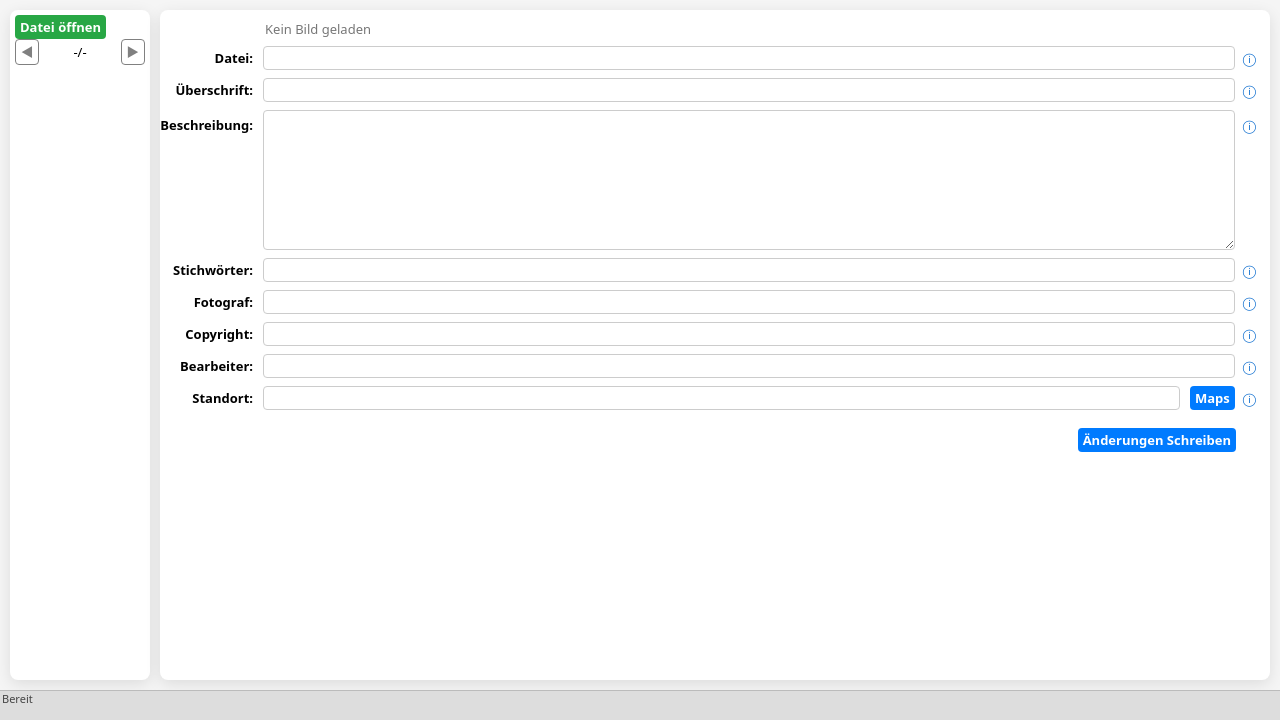
Repository: h-fahle/metadata
Page: ui/index.html
The author's editor kept a copy of each file at every save. The page is drawn from the files as they stood at one save, then again after the next save.
The browser window is 1280 px wide. The pictures show the whole page.

Above is the page before, as saved 2026-08-22 15:27:33.
Console error: TypeError: Cannot read properties of undefined (reading 'core')

### ui/index.html
<!DOCTYPE html>
<html lang="de">

<head>
	<meta charset="UTF-8">
	<title>Tauri ExifTool Test</title>
	<script src="script.js" defer></script>
	<link rel="stylesheet" href="style.css">
</head>

<body>

	<main id="main-container">

		<!-- Das Vorschaubild links -->
		<aside id="sidebar">

			<button id="file-open" onclick="waehleUndLadeBilder()">Datei öffnen</button>

			<div id="nav">
				<button class="blaettern" onclick="blaettern(-1)">◄</button>
				<span id="img-nummer">-/-</span>
				<button class="blaettern" onclick="blaettern(1)">►</button>
			</div>

			<!--<select id="menue-oeffnen" onchange="menueAktion(this)" >
				<option value="dateien">🖼️ Bilder öffnen...</option>
				<option value="ordner">📁 Ordner öffnen...</option>
			</select>
 -->
			<img id="vorschau-bild" src="" style="display:none;" />
			<div id="bild-info" style="text-align:center;">
				<span id="img-datum"></span><br>
				<span id="img-groesse"></span>
			</div>
		</aside>

		<!-- Das Formular rechts -->
		<section id="form-container">

			<div id="ordner-pfad">Kein Bild geladen</div>

			<div class="form-row">
				<label for="filename">Datei:</label>
				<input type="text" id="filename" name="filename" style="font-weight:bold;"/>
				<div class="tooltip-container">
					<span class="info-icon">ⓘ</span>
					<div class="tooltip-box">Im Einzelmodus: Änderung des Dateinamens bewirkt Umbenennung der Datei.
						Im Stapelmodus: Ordnername is nicht änderbar.!
					</div>
				</div>
			</div>

			<div class="form-row">
				<label for="caption">Überschrift:</label>
				<input type="text" id="caption" name="caption" />
				<div class="tooltip-container">
					<span class="info-icon">ⓘ</span>
					<div class="tooltip-box">Auch: (Dokument-)Titel, Schlagzeile, Headline
					</div>
				</div>
			</div>

			<div class="form-row form-row-top">
				<label for="description">Beschreibung:</label>
				<textarea id="description" name="description"></textarea>
				<div class="tooltip-container">
					<span class="info-icon">ⓘ</span>
					<div class="tooltip-box">Beschreibender Text in beliebiger Länge.
						(Im Stapelmodus wird der eingegebene Text
						&nbsp;&nbsp; an vorhandenen angehängt.)
						Hinweis: Einige Programme zeigen nur 2.000 Zeichen
						&nbsp;&nbsp; oder auch weniger an.
					</div>
				</div>
			</div>

			<div class="form-row">
				<label for="keywords">Stichwörter:</label>
				<input type="text" id="keywords" name="keywords" />
				<div class="tooltip-container">
					<span class="info-icon">ⓘ</span>
					<div class="tooltip-box">Komma-separierte Liste. Groß-/Kleinschreibung beachten.
						Im Stapelmodus werden die eingegebenen Stichwörter
						&nbsp;&nbsp; an vorhandene angehängt.
					</div>
				</div>
			</div>

			<div class="form-row">
				<label for="creator">Fotograf:</label>
				<input type="text" id="creator" name="creator" />
				<div class="tooltip-container">
					<span class="info-icon">ⓘ</span>
					<div class="tooltip-box">Urheber, Ersteller, Autor
						(Tags: Artitst, Creator, By-line)
					</div>
				</div>
			</div>

			<div class="form-row">
				<label for="copyright">Copyright:</label>
				<input type="text" id="copyright" name="copyright" />
				<div class="tooltip-container">
					<span class="info-icon">ⓘ</span>
					<div class="tooltip-box">Urheberrechtshinweis; enthält in der Regel:
						Name des Fotografen, Aufnahmejahr und Nutzungsrechte;
						(z.B. 'Copyright [1975] [Mustermann], Alle Rechte vorbehalten')
					</div>
				</div>
			</div>

			<div class="form-row">
				<label for="editor">Bearbeiter:</label>
				<input type="text" id="editor" name="editor" />
				<div class="tooltip-container">
					<span class="info-icon">ⓘ</span>
					<div class="tooltip-box">Verfasser der Metadaten
						(Tags: Caption Writer, Writer Editor)
					</div>
				</div>
			</div>

			<div class="form-row">
				<label for="position">Standort:</label>
				<input type="text" id="position" name="position" />
				<button type="button" onclick="zeigeMaps(event)" style="background: #007BFF;">Maps</button>
				<div class="tooltip-container">
					<span class="info-icon">ⓘ</span>
					<div class="tooltip-box">GPS-Koordinaten in Dezimalgrad (51.49129, 8.43317).
						Ermitteln der Koordinaten in der Google Maps-Karte:
						&nbsp; 1. mit rechter Maustaste auf den Standort klicken,
						&nbsp; 2. auf die angezeigten Koordinaten klicken,
						&nbsp; 3. der so gespeicherte Wert kann dann mit Strg+V
						&nbsp;&nbsp;&nbsp;&nbsp;&nbsp;&nbsp; kopiert werden."
					</div>
				</div>
			</div>

			<!-- Button-Leiste -->
			<div class="button-group">
				<button type="button" onclick="exifSchreiben(event)" style="background: #007BFF;">Änderungen
					Schreiben</button>
			</div>

		</section> <!-- Ende der form-containers-->
	</main> <!-- Ende des main-containers -->

	<footer id="statusleiste">
		<div id="status-text">
			Bereit
		</div>
	</footer>


</body>

</html>

### ui/script.js
let aktuellerBildPfad = "";
let bilderListe = [];
let aktuellerIndex = -1;
let status = document.getElementById('statusleiste');
let stapelmodus = 0;

const invoke = window.__TAURI__.core.invoke;

function zeigeStatus(nachricht) {
    status.innerText = nachricht;
}

async function dateiAuswählen() {
    try {
        const ergebnis = await invoke('plugin:dialog|open', {
            options: {
                title: 'Bilddatei für ExifTool auswählen',
                directory: false,
                multiple: false,
                filters: [
                    { name: 'Bilder', extensions: ['jpg', 'jpeg', 'png', 'gif', 'tif', 'tiff', 'webp', 'avif', 'heic', 'heif'] }
                ]
            }
        });

        if (ergebnis) {
            const pfad = typeof ergebnis === 'object' ? ergebnis[0] : ergebnis;
            aktuellerBildPfad = pfad;

            // Bilderliste des Ordners auslesen
            await ladeOrdnerBilder(pfad);

            // Metadaten für das aktuelle Bild einlesen
            exifAuslesen();
        }
    } catch (fehler) {
        zeigeStatus("Dialog-Fehler: " + fehler);
    }
}

 async function ladeOrdnerBilder(pfad) {
    try {
        bilderListe = await invoke('hole_ordner_bilder', { dateipfad: pfad });
        // Finde den Index des gewünschten Bildes in der sortierten Liste
        if (aktuellerBildPfad) {
            aktuellerIndex = bilderListe.indexOf(aktuellerBildPfad);
        } else if (bilderListe.length > 0) {
            aktuellerIndex = 0; // Fallback: Erstes Bild anzeigen
        }
    } catch (fehler) {
        zeigeStatus(fehler);
    }
}

async function waehleUndLadeBilder(isFolder = false, selectMultiple = false) {
    try {
        // 1. Der EINE Dialog öffnet sich.
        // Dank 'multiple: true' kann der Nutzer EIN Bild ODER VIELE Bilder markieren.
        const auswahl = await window.__TAURI__.dialog.open({
            directory: isFolder,
            multiple: selectMultiple,
            filters: [
                { name: 'Bilder', extensions: ['jpg', 'jpeg', 'png', 'gif', 'tif', 'tiff', 'webp', 'avif', 'heic', 'heif'] }
            ]
        });


        // 1. Nutzer hat den Dialog geschlossen/abgebrochen
        if (auswahl === null) {
            return [];
        }

/*         isFolder = false, selectMultiple = false
        // 2. Einzelnes Bild
        stapelmodus = 0;    // ein Bild

        isFolder = false, selectMultiple = true
        // mglw. mehrere Dateien
        if (auswahl.length === 1) stapelmodus = 0;

        isFolder = true, selectMultiple = false
        // Ordner

        if (isFolder)
 */

        // 2. Prüfen, ob der Nutzer nicht auf "Abbrechen" geklickt hat
        if (auswahl.length === 1) {
            // Tauri gibt uns IMMER ein Array zurück, egal ob 1 oder 10 Dateien gewählt wurden.
            // Wir merken uns die erste Datei aus der Auswahl als Startbild.
            stapelmodus = 0;    // ein Bild
            const startBild = auswahl[0];

            // 3. Wir schicken das Array direkt an Rust
            bilderListe = await invoke('hole_ordner_bilder', { dateipfad: startBild });

            // 4. Wir finden den Index des Startbildes in der sortierten Liste
            aktuellerIndex = bilderListe.indexOf(startBild);

            aktuellerBildPfad = startBild;
            exifAuslesen();

        } else if (auswahl.length > 1) {
            stapelmodus = 1;    // mehrere ausgewählte Bilder
            bilderListe = auswahl;
            zeigeStatus(`${bilderListe.length} Bilder erfolgreich geladen.`);
        }
    } catch (fehler) {
        zeigeStatus("Fehler beim Laden der Bilder: " + fehler);
    }
}

async function oeffneBilderDialog() {
    try {
        const ausgewaehltePfade = await window.__TAURI__.dialog.open({
            multiple: true, // Erlaubt dem Nutzer, mehrere Dateien zu markieren
            directory: false,
            filters: [{ name: 'Bilder', extensions: ['jpg', 'jpeg', 'png', 'webp'] }]
        });

        // Wenn der Nutzer nicht abgebrochen hat
        if (ausgewaehltePfade && ausgewaehltePfade.length > 0) {
            // Wir nehmen das erste Bild aus der Auswahl als Startbild
            const erstesBild = ausgewaehltePfade[0];

            // Aufruf Ihrer angepassten Funktion
            await ladeOrdnerBilder(ausgewaehltePfade, erstesBild);
        }
    } catch (fehler) {
        zeigeStatus("Dialog-Fehler: " + fehler);
    }
}

function blaettern(richtung) {
    if (bilderListe.length === 0) return;
    if (richtung > 0) {
        aktuellerIndex = (aktuellerIndex + 1) % bilderListe.length;
    } else {
        aktuellerIndex = (aktuellerIndex - 1 + bilderListe.length) % bilderListe.length;
    }
    aktuellerBildPfad = bilderListe[aktuellerIndex];
    exifAuslesen();
}

async function exifAuslesen() {
    const pfad = aktuellerBildPfad;
    const vorschauImg = document.getElementById("vorschau-bild");

    zeigeStatus("Rufe ExifTool auf...");

    try {
        // 1. Metadaten über Rust holen
        const jsonText = await invoke('lese_bild_metdaten', { dateipfad: pfad });
        const datenObjekt = JSON.parse(jsonText)[0]; 	// Das 1. JSON-Objekt im JSON-Array in JS-Objekt umwandeln

        if (bilderListe.length > 0) {
            document.getElementById('img-nummer').innerText = `${aktuellerIndex + 1}/${bilderListe.length}`;
        } else {
            document.getElementById('img-nummer').innerText = '0/0';
        }

        let aufnahmeDatum = datenObjekt.DateTimeOriginal;
        if (typeof aufnahmeDatum === 'undefined') aufnahmeDatum = '---';

        document.getElementById('img-datum').innerText = '\u{1F4F7} ' + aufnahmeDatum || '';
        document.getElementById('img-groesse').innerText = '⤢ ' + datenObjekt.ImageSize || '';

        document.getElementById('filename').value = datenObjekt.FileName || '';
        document.getElementById('caption').value = datenObjekt.CMB_Caption || '';
        document.getElementById('description').value = datenObjekt.Description || '';
        document.getElementById('keywords').value = datenObjekt.Keywords || '';
        document.getElementById('creator').value = datenObjekt.Creator || '';
        document.getElementById('copyright').value = datenObjekt.Copyright || '';
        document.getElementById('editor').value = datenObjekt.CMB_Editor || '';
        document.getElementById('position').value = datenObjekt.GPSPosition || '';

        const vollerPfad = pfad;
        // Erkennt automatisch Linux-Schrägstriche (/) und Windows-Backslashes (\)
        const letzterSlash = Math.max(vollerPfad.lastIndexOf('/'), vollerPfad.lastIndexOf('\\'));
        let ordner = "Unbekannt";
        if (letzterSlash !== -1) {
            ordner = vollerPfad.substring(0, letzterSlash);
        }
        // Den berechneten Ordnerpfad in das neue Label schreiben
        document.getElementById('ordner-pfad').innerText = ordner;

        // Wir nehmen das erste Element der Liste (ExifTool liefert immer ein Array)
        zeigeStatus(jsonText);

        // Wir fragen Rust nach dem besten Weg für das Bild
        const vorschauErgebnis = await invoke('hole_vorschaubild', { dateipfad: pfad });

        if (vorschauErgebnis === "STANDARD") {
            // Normales JPG/PNG über das Asset-Protokoll
            const assetUrl = window.__TAURI__.core.convertFileSrc(pfad);
            vorschauImg.src = assetUrl + "?t=" + new Date().getTime();
        } else if (vorschauErgebnis.startsWith("data:[embedded picture, 23 characters]")) {
            // TIF/TIFF über den im RAM kompilierten Rust-Wandler
            vorschauImg.src = vorschauErgebnis;
        }

        vorschauImg.style.display = "block";

    } catch (fehler) {
        zeigeStatus("Fehler: " + fehler);
        vorschauImg.style.display = "none";
    }
}

async function zeigeMaps(event) {
    event.preventDefault()
    let gps = document.getElementById('position').value;

    try {
        // Ruft direkt unsere eigene, sichere Rust-Funktion auf
        await invoke('oeffne_maps_browser', {
            gpsString: gps
        });
    } catch (fehler) {
        zeigeStatus(fehler);
    }
}

async function exifSchreiben(ereignis) {
    if (ereignis) ereignis.preventDefault();  // verbietet dem Browser den automatischen Seiten-Reset!

    if (aktuellerBildPfad === "") return;

    zeigeStatus("Speichere Daten über ExifTool...");

    // Wir sammeln alle aktuellen Werte aus den Eingabefeldern ein
    const daten = {
        dateipfad: aktuellerBildPfad,
        filename: document.getElementById('filename').value,
        caption: document.getElementById('caption').value,
        description: document.getElementById('description').value,
        keywords: document.getElementById('keywords').value.split(',').map(s => s.trim()).join(', '),
        creator: document.getElementById('creator').value,
        copyright: document.getElementById('copyright').value,
        editor: document.getElementById('editor').value,
        gps: document.getElementById('position').value
    };

    try {
        // Wir schicken das gesamte Paket an die Rust-Funktion 'schreibe_bild_metdaten'
        const antwort = await invoke('schreibe_bild_metdaten', daten);

        // Bei Erfolg zeigen wir die Meldung in grüner Schrift an
        zeigeStatus(antwort);

        // 2. Da der Pfad dank preventDefault() jetzt bombenfest im Feld stehen bleibt,
        // funktioniert das Neuladen nun augenblicklich und fehlerfrei!
        await exifAuslesen();

    } catch (fehler) {
        // Falls etwas schiefgeht (z.B. Datei schreibgeschützt), zeigen wir den Fehler an
        zeigeStatus(fehler);
    }
}

### ui/style.css
:root {
	--app-font: system-ui, -apple-system, "Segoe UI", Roboto, Helvetica, Arial, sans-serif;
	--app-font-size: 13px;
}

/* 1. Das App-Fenster exakt auf 100% fixieren (kein äußeres Scrollen) */
html, body {
	margin: 0;
	padding: 0;
	height: 100vh;
	width: 100vw;
	overflow: hidden; /* Verhindert jegliche äußere Scrollbalken */
	background: #f5f5f5;
	display: flex;
	flex-direction: column; /* Hauptinhalt oben, Statusleiste unten */
	font-family: var(--app-font);
	font-size: var(--app-font-size);
}

input,
textarea,
button,
select {
	font-family: var(--app-font) !important;
	font-size: var(--app-font-size) !important;
}

/* Allumfassender Box-Sizing-Fix für die gesamte App */
*, *::before, *::after {
	box-sizing: border-box;
}

/* 2. Der Hauptbereich füllt den gesamten oberen Platz aus --------------------------- */
#main-container {
	flex: 1;
	display: flex;
	flex-direction: row; /* Elemente nebeneinander */
	gap: 10px;
	padding: 10px;
	overflow: hidden; /* Verhindert, dass Riesen-Inhalte das Fenster sprengen */
}

/* 3. LINKS: Die Sidebar mit fester Breite */
#sidebar {
	width: 140px;
	min-width: 140px; /* Lässt die Sidebar niemals schrumpfen */
	background-color: #ffffff;
	border-radius: 8px;
	padding: 5px;
	box-shadow: 0 4px 15px rgba(0, 0, 0, 0.1);
}

div#nav {
	width: 130px;
	display: flex;
	justify-content: space-between;
	align-items: center;
	margin-bottom: 10px;
}

#vorschau-bild {
	width: 130px;
	height: auto;
	border: 1px outset gray;
}

/* 4. RECHTS: Das Formular nimmt den gesamten Rest ein und wächst mit */
#form-container {
	flex: 1; /* Nimmt 100% des restlichen Platzes ein */
	min-width: 0; /* Erlaubt Flexbox, die Box bei Bedarf zu verkleinern */
	background-color: #ffffff;
	border-radius: 8px;
	padding: 10px;
	display: flex;
	flex-direction: column;
	gap: 8px;
	box-shadow: 0 4px 15px rgba(0, 0, 0, 0.1);
}

#ordner-pfad {
	margin-left: 95px !important;
	color: #777777;
}

/* Jede Zeile wird zu einer horizontalen Flexbox */
.form-row {
	display: flex !important;
	flex-direction: row;
	align-items: center; /* Richtet Label und Input vertikal mittig zueinander aus */
	gap: 10px;           /* Abstand zwischen Label und Input */
	width: 100%;
}

/* Die Labels bekommen eine feste Breite, damit alle Inputs sauber untereinander starten */
.form-row label {
	width: 95px;         /* Breite je nach längstem Label-Text anpassen */
	min-width: 95px;     /* Verhindert, dass das Label zusammengedrückt wird */
	text-align: right;   /* Optional: Richtet den Text rechtsbündig zum Input aus */
	font-weight: bold;
	margin-left: -12px;
}

/* Die Eingabefelder füllen jetzt den gesamten restlichen Platz der Zeile aus */
.form-row input,
.form-row textarea {
	flex: 1;             /* Zwingt das Input-Feld, den Rest der Zeile einzunehmen */
	width: 100%;
	min-width: 0;        /* Erlaubt dem Input, bei sehr kleinen Fenstern stabil zu schrumpfen */
	border: 1px solid #ccc;
	border-radius: 4px;
	padding: 2px;
	-webkit-font-smoothing: antialiased;
}
.form-row textarea {
	min-height: 140px;
}

/* Ändert die Ausrichtung für die Textarea-Zeile nach oben */
.form-row-top {
	align-items: flex-start !important; /* Richtet Label, Textarea und Icon oben aus */
}
.form-row-top label,
.form-row-top .tooltip-container {
	padding-top: 6px; /* Verhindert, dass das Label zu weit oben klebt */
}


/* 5. UNTEN: Die Statusleiste mit fixer Höhe und eigenem Scrollbalken */
#statusleiste {
	height: 30px;  /* Feste Höhe für ca. 2 Zeilen Text */
	min-height: 30px;
	border-top: 1px solid #bbb;
	background-color: #ddd;
	font-size: 11px;
	color: #444;
	padding: 0 2px;
	overflow-y: auto;  /* Vertikaler Scrollbalken erscheint NUR bei Bedarf */
	overflow-x: hidden;  /* Verhindert horizontales Scrollen in der Statusleiste */
	-webkit-font-smoothing: antialiased;
}


/* Bedien-Elemente -------------------------------------------- */
button {
	padding: 3px 5px;
	font-weight: bold;
	cursor: pointer;
	background: #28a745;
	color: white;
	border: none;
	border-radius: 4px;
}

/* Container hält die Buttons und das Dropdown zusammen */
.split-button-container {
	display: inline-flex;
	position: relative;
	font-family: system-ui, -apple-system, sans-serif;
	width:130px; height: 25px;
	margin-bottom: 3px;
}
.open-files,
.open-folder {
	background-color: #007acc;
	color: white;
	border: none;
	padding: 0;
	font-size: 18px;
	cursor: pointer;
	transition: background-color 0.2s;
}
.open-files:hover,
.open-folder:hover {
	background-color: #0062a3;
}
.open-files {
	width: 70%;
	border-top-left-radius: 6px;
	border-bottom-left-radius: 6px;
	border-right: 1px solid rgba(255, 255, 255, 0.2); /* Feine Trennlinie */
}
.open-folder {
	width: 30%;
	font-weight: bold;
	border-top-right-radius: 6px;
	border-bottom-right-radius: 6px;
}


button.blaettern {
	border: 1px solid gray;
	color: gray;
	background-color: white;
}

/* Der Absendeknopf richtet sich nach den Eingabefeldern aus */
.button-group {
	display: flex;
	justify-content: flex-end;
	margin: 10px 24px 0 0;
}

.button-group button {
	margin-left: 5px;
}

select {
	-moz-appearance: none;
	-webkit-appearance: none;
	appearance: none;
	border: none;
	border-radius: 4px;
	background: #28a745;
	color: white;
	width: 120px;
}


/* Tooltip ---------------------------------------------------------- */

/* Container für das Icon und die Box */
.tooltip-container {
	position: relative; /* Wichtig, damit sich die Box am Icon ausrichtet */
	display: inline-flex;
	align-items: center;
	cursor: help;       /* Zeigt das Fragezeichen/Hilfe-Symbol als Mauszeiger */
	margin-left: -6px;
}

/* Das Info-Icon selbst */
.info-icon {
	color: #0066cc;     /* Schönes Info-Blau */
	padding: 0 4px;
	font-size: 13px;
}

/* Die selbstdefinierte Tooltip-Box (Standardmäßig versteckt) */
.tooltip-box {
	position: absolute;
	bottom: 125%;       /* Platziert die Box direkt ÜBER dem Icon */
	right: 0;           /* Richtet die Box am rechten Rand des Icons aus */

	width: max-content;
	max-width: 400px;      /* Verhindert, dass der Tooltip bei sehr viel Text das Fenster sprengt */
	white-space: pre-line;

	background-color: lightyellow;
	color: black;
	border: 1px solid gray;
	padding: 2px 4px;
	border-radius: 6px;
	font-size: 11px;
	line-height: 1.4;
	box-shadow: 0 4px 10px rgba(0, 0, 0, 0.2);
	z-index: 1001;      /* Über der Statusleiste (1000), falls sie sich überschneiden */

	/* Animation & Verstecken */
	opacity: 0;
	visibility: hidden;
	transition: opacity 0.2s ease-in-out, visibility 0.2s;
	pointer-events: none; /* Verhindert, dass die Box beim unabsichtlichen Drüberfahren flackert */
}

/* Der kleine Pfeil unten an der Tooltip-Box (Optional) */
.tooltip-box::after {
	content: "";
	position: absolute;
	top: 100%;          /* Am unteren Rand der Box */
	right: 8px;         /* Ausrichtung passend zum Icon */
	border-width: 5px;
	border-style: solid;
	border-color: #333333 transparent transparent transparent;
}

/* HOVER-EFFEKT: Wenn man über das Icon ODER den Container fährt, wird die Box sichtbar */
.tooltip-container:hover .tooltip-box {
	opacity: 1;
	visibility: visible;
}

After the next save:
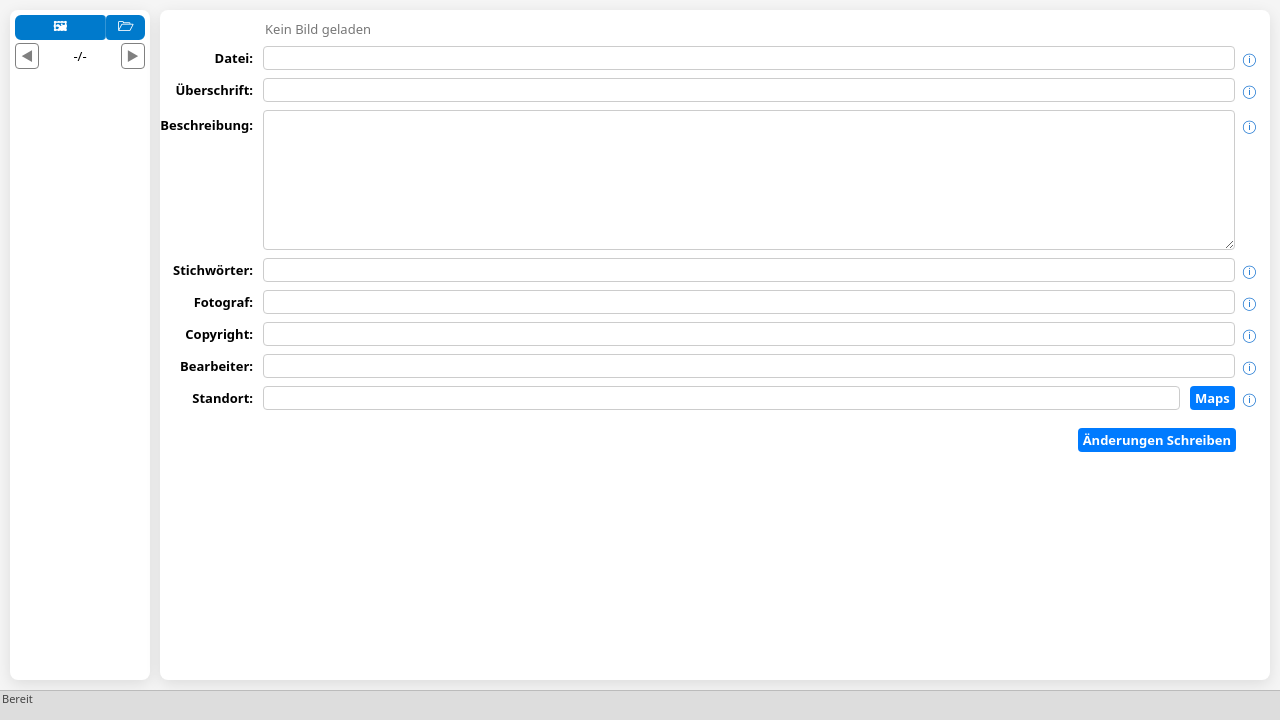
Saved 55 s later.
--- a/ui/index.html
+++ b/ui/index.html
@@ -15,7 +15,13 @@
 		<!-- Das Vorschaubild links -->
 		<aside id="sidebar">
 
-			<button id="file-open" onclick="waehleUndLadeBilder()">Datei öffnen</button>
+			<!-- <button id="file-open" onclick="waehleUndLadeBilder()">Datei öffnen</button> -->
+			<div class="split-button-container">
+				<!-- isFolder = false, selectMultiple = true -->
+				<button class="open-files" onclick="waehleUndLadeBilder(false, true)">&#128444;</button>
+				<!-- isFolder = true, selectMultiple = false -->
+				<button class="open-folder" onclick="waehleUndLadeBilder(true, false)">&#x1F5C1;</button>
+			</div>
 
 			<div id="nav">
 				<button class="blaettern" onclick="blaettern(-1)">◄</button>
